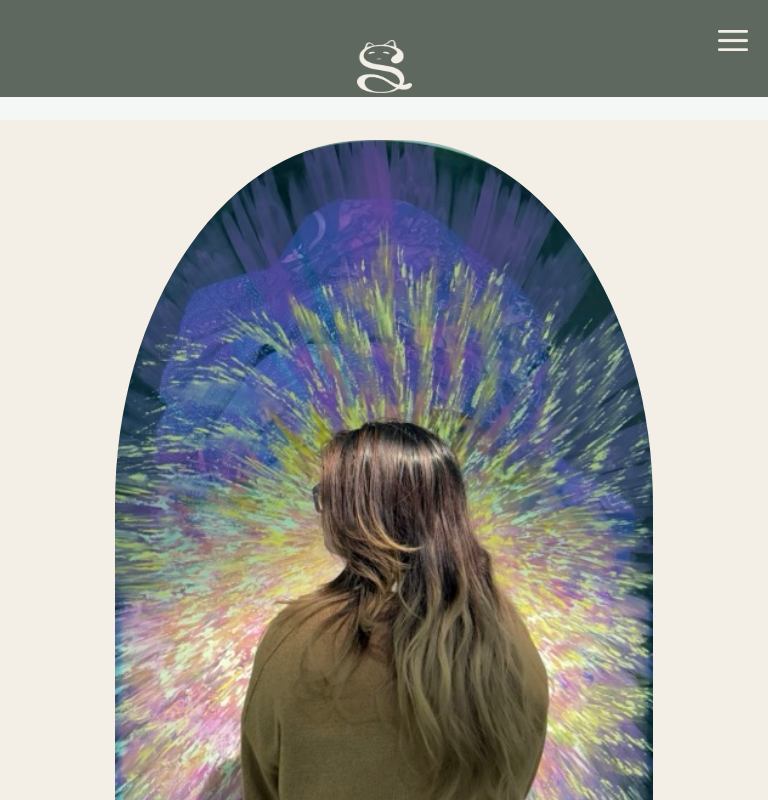
Repository: SandyLy453/portfolio
Page: /
The author's editor kept a copy of each file at every save. The page is drawn from the files as they stood at one save, then again after the next save.
The browser window is 768 px wide. The pictures show the whole page.
An inner scrolling area shows only its first screen. The project was rebuilt for these pictures with package versions that can differ from the ones it lists, and the page was loaded fresh each time. The framework's server and built-in components were replaced by stand-ins that run in the browser. Also part of the build but not shown: next.config.mjs, modules/Footer/Footer.module.css, modules/Footer/Footer.js, modules/ProjectCard/ProjectCard.module.css, modules/ProjectCard/Projectcard.js.

Above is the page before, as saved 2025-02-17 17:17:32.

### pages/_app.js
import { useEffect } from "react";
import { useRouter } from "next/router";
import { Playfair_Display, Sen } from 'next/font/google';
import '../styles/globals.css';

const playfairDisplay = Playfair_Display({
  weight: ['400', '900'],
  style: ['normal', 'italic'],
  subsets: ['latin'],
});

const sen = Sen({
  weight: ['400', '700', '800'],
  subsets: ['latin'],
});

export default function App({ Component, pageProps }) {

  const router = useRouter();

  useEffect(() => {
    const handleRouteChangeComplete = (url) => {
        if (url.startsWith("/projects")) {
            window.location.reload();
        } else if (url.startsWith("/project")) {
          window.location.reload();
        }
    };

    router.events.on("routeChangeComplete", handleRouteChangeComplete);

    return () => {
        router.events.off("routeChangeComplete", handleRouteChangeComplete);
    };
}, [router]);


  return (
    <main className={`${playfairDisplay.className} ${sen.className}`}>
      <Component {...pageProps} />
    </main>
  )
}

### pages/_document.js
import { Html, Head, Main, NextScript } from "next/document";


export default function Document() {
  return (
    <Html lang="en">
      <Head>
        <title>San San's Tea Room</title>
        <link rel="icon" href="/favicon.ico" />

        <link rel="preconnect" href="https://fonts.googleapis.com" />
        <link rel="preconnect" href="https://fonts.gstatic.com" crossorigin="anonymous" />
        <link
          href="https://fonts.googleapis.com/css2?family=Playfair+Display:wght@400;900&family=Sen:wght@400;700;800&display=swap"
          rel="stylesheet"
        />
      </Head>
      <body>
        <Main />
        <NextScript />
      </body>
    </Html>
  );
}

### pages/index.js
import Image from "next/image";
import Link from "next/link";
import styles from "@/styles/Home.module.css";
import { useState, useEffect } from "react";
import Header from "@/modules/Header/Header";
import Footer from "@/modules/Footer/Footer";
import ProjectCard from "@/modules/ProjectCard/Projectcard";
import ShowCase from "@/modules/ShowCase/ShowCase";

export default function Home() {

  const projects = [
    {
      photos: ["/aether-cover.png"],
      alt: "Aether cover",
      title: "Aether",
      description: "Case Study - A AI-powered form-filling app",
      date: "September 2024 - December 2024",
      link: "/projects/Aether",
    },
    {
      photos: ["/post1.png", "/post2.png", "/post3.png"],
      alt: "Poster slides show",
      title: "Poster design",
      description:
        "Product design - Series of posters based on the anime/ manga Detective Conan.",
      date: "December 2024",
      link: "/projects/Poster",
    },
    {
      photos: ["/can1.png", "/can2.png", "/can3.png"],
      alt: "Can design slide show",
      title: "DiLo Tea Can",
      description: "Product design - Tea Can",
      date: "November 2024",
      link: "/projects/CanDesign",
    },
    {
      photos: ["/mockup2.png"],
      alt: "Magazine cover",
      title: "Magazine",
      description: "Magazine design - An architectural magazine",
      date: "November 2024",
      link: "/projects/Magazine",
    },
    {
      photos: ["/clotho.png"],
      alt: "Clotho app",
      title: "Clotho",
      description: "Clotho - A closet organize app",
      date: "March 2024 - May 2024",
      link: "/projects/Clotho",
    },
    {
      photos: ["/cam.png"],
      alt: "Camera vector graphic",
      title: "Mechanical Object Vector Graphic",
      description: "Using vector to draw mechanical objects",
      date: "December 2023",
      link: "/projects/MechanicalObject",
    },
  ];

  const [visibleProjects, setVisibleProjects] = useState(6);

  const roles = ["UX/UI Designer", "Digital Designer", "Web Developer"];
  const [text, setText] = useState("");
  const [index, setIndex] = useState(0);
  const [charIndex, setCharIndex] = useState(0);
  const [deleting, setDeleting] = useState(false);

  useEffect(() => {
    const currentRole = roles[index];

    let timeout;

    if (deleting) {
      timeout = setTimeout(() => {
        setText(currentRole.substring(0, charIndex - 1));
        setCharIndex((prev) => prev - 1);
      }, 50);
    } else {
      timeout = setTimeout(() => {
        setText(currentRole.substring(0, charIndex + 1));
        setCharIndex((prev) => prev + 1);
      }, 100);
    }

    if (!deleting && charIndex === currentRole.length) {
      setTimeout(() => setDeleting(true), 1000);
    } else if (deleting && charIndex === 0) {
      setDeleting(false);
      setIndex((prevIndex) => (prevIndex + 1) % roles.length);
    }

    return () => clearTimeout(timeout);
  }, [charIndex, deleting, index, roles]);

  return (
    <>
      <Header/>

      <main className={styles.main}>
        <div className={styles.top}>
          <div className={styles.image}>
            <Image src={'/cover.jpeg'} alt="cover photo" className={styles.coverPhoto} width={300} height={420} />
          </div>

          <div className={styles.info}>
            <p className={styles.role}>Hello!</p>
            <p className={styles.role}>I am <span className={styles.name}>Sandy</span>, a</p>
            <p className={styles.role}>
              {text}
              <span className={styles.cursor}>|</span>
            </p>
            <Image src={'/hi.GIF'} alt="greeting gif" className={styles.gif} width={294} height={129} />
          </div>
        </div>

        <ShowCase/>

        <div className={styles.sectionBreaker}>
          <span> Let's connect! </span>
        </div>

        <div className={styles.connect}>
          <Link
            className={styles.link}
            href={"mailto:sandy.lyth453@gmail.com"}
            target="_blank"
          >
            <p className={styles.connectInfo}>Email</p>
          </Link>
          <Link
            className={styles.link}
            href={"https://www.instagram.com/sansan_lyth?igsh=MThxOTR1ZTlyY3R1dw%3D%3D&utm_source=qr"}
            target="_blank"
          >
            <p className={styles.connectInfo}>Instagram</p>
          </Link>
          <Link
            className={styles.link}
            href={"https://www.linkedin.com/in/boisan-sandy-ly/"}
            target="_blank"
          >
            <p className={styles.connectInfo}>LinkedIn</p>
          </Link>
          <Link
            className={styles.link}
            href={"/Sandy_Ly_Resume.pdf"}
            target="_blank"
          >
            <p className={styles.connectInfo}>Resume</p>
          </Link>
        </div>
      </main>

      <footer className={styles.footer}>
        <p className={styles.copyright}>© Made by Sandy Ly • 2025</p>
      </footer>
    </>
  );
}

### styles/globals.css
:root {
  --mauveMorn: #ecd6d6;
  --mauveShadow: #B59BA6;
  --moss: #5E7975;
  --brightWhite: #f5f7f6;
  --white: #fff;

  --spaBlue: #D3DEDF;
  --forest: #5E685E;
  --midnight: #3D4D55;
  --stormCloud: #676767;
  --cream: #f4EFE6;
  --cloud: #FEFCF6;
}

html,
body {
  padding: 0;
  margin: 0;
  background-color: #f5f7f6;
  width: 100vw;
  height: 100vh;
  overflow-x: hidden;
  scroll-behavior: auto;

  font-family: "Playfair Display", serif;
  font-optical-sizing: auto;
  color: var(--stormCloud);
  cursor: url('/hehe.webp') 16 16, auto;
}

header {
  margin: 0;
  padding: 0;
  box-sizing: border-box;
}

* {
  margin: 0;
  padding: 0;
  box-sizing: border-box; /* Reset styles for all elements */
}

h1, h2, h3, h4, h5, span {
  font-family: "Playfair Display", serif;
}

a, button {
  cursor: url('/haha.webp') 16 16, pointer;
}

### styles/Home.module.css
.page {
  margin: 0;
  padding: 0;
}

.main {
  min-height: 100vh;
  width: 70vw;
  margin: auto;
  margin-top: 0;
  margin-top: 120px;
}

.top {
  width: 100%;
  min-height: 480px;
  background-color: var(--cream);
  align-items: center;
  display: flex;
  flex-direction: row;
  padding: 0;
  flex-wrap: wrap;
  justify-content: center;
}

.coverPhoto {
  border-radius: 47% 47% 0 0;
  margin: 0 6rem;
  position: relative;
  bottom: -30px;
}

.info {
  text-align: center;
  margin-top: 100px;
  width: 30vw;
}

.name {
  font-size: 54px;
  color: #C69491;
  font-weight: 600;
  font-family: "Playfair Display", serif;
}

.role {
  font-size: 44px;
  color: #7D9094;
  font-weight: 500;
}

.loca {
  font-size: 20px;
  color: #7D9094;
  padding-top: 10px;
}

.gif {
  position: relative;
  bottom: -36px;
}


.sectionBreaker {
  display: flex;
  align-items: center;
  justify-content: center;
  margin: 40px 0;
  position: relative;
}

.sectionBreaker::before,
.sectionBreaker::after {
  content: "";
  flex: 1;
  height: 2px;
  background: #d3d3d3;
  margin: 0;
}

.sectionBreaker span {
  color: #7D9094;
  margin: 0 10px;
  font-size: 20px;
  font-style: italic;
}

.pjSection {
  display: flex;
  flex-direction: row;
  flex-wrap: wrap;
  justify-content:space-between;
  align-items: flex-start;
  margin: 0 auto;
  margin-bottom: 50px;
  gap: 1rem;
  max-width: 1350px;
}

.connect {
  margin-bottom: 200px;
}

.link {
  text-decoration: none;
  color: var(--mauveShadow);
  width: 100%;
  font-weight: 500;
}

.link:hover {
  color: var(--forest);
  font-weight: 900;
}

.connectInfo {
  font-size: 54px;
  margin: 20px 0;
  font-family: "Playfair Display", serif;
  position: relative;
  display: inline-block;
  padding: 10px 20px;
  text-decoration: none;
  width: 100%;
  overflow: hidden;
  transition: color 0.3s ease-in-out, font-weight 0.3s ease-in-out;
  font-weight: 500;
}

/* Background gradient effect */
.connectInfo::before {
  content: "";
  position: absolute;
  top: 0;
  left: -100%;
  width: 100%;
  height: 100%;
  background: linear-gradient(to right, rgba(0, 0, 0, 0.1), rgba(0, 0, 0, 0.3));
  transition: left 0.4s ease-in-out;
  z-index: -1; /* Ensure background does not cover text */
}

/* Make background visible when hovering */
.connectInfo:hover::before,
.connectInfo:active::before {
  left: 0;
}

/* Text color and weight on hover */
.connectInfo:hover {
  color: var(--forest); /* Hover text color */
  font-weight: 900;
}

/* Arrow effect */
.connectInfo::after {
  content: " →";
  opacity: 0;
  position: absolute;
  right: 10px;
  top: 50%;
  transform: translateY(-50%);
  transition: opacity 0.3s ease-in-out, transform 0.3s ease-in-out;
  color: var(--forest); /* Match hover color */
}

/* Show arrow and move slightly right when hovering */
.connectInfo:hover::after,
.connectInfo:active::after {
  opacity: 1;
  transform: translate(8px, -50%);
}


.footer {
  margin-bottom: 20px;
}

.copyright {
  text-align: center;
  font-style: italic;
  color: var(--forest);
  width: 100%;
}





@media screen and (max-width: 1460px) {
  .pjSection {
    gap: 20px;
  }

  .main {
    width: 80vw;
  }

  .coverPhoto {
    margin: 0 1rem;
    bottom: -32px;
  }

  .info {
    margin-top: 50px;
  }

  .gif {
    bottom: -6.4rem;
  }

  .name {
    font-size: 36px;
  }

  .role {
    font-size: 20px;
  }

  .loca {
    font-size: 18px;
  }

  .pjSection {
    gap: 15px;
    justify-content: center;
  }
}



@media screen and (max-width: 768px) {
  .main {
    width: 100vw;
  }

  .coverPhoto {
    margin: 0 auto;
    bottom: -20px;
    width: 70vw;
    height: auto;
  }

  .info {
    margin-top: 50px;
    width: 90vw;
  }

  .name {
    font-size: 36px;
  }

  .role {
    font-size: 20px;
  }

  .loca {
    font-size: 18px;
  }

  .pjSection {
    gap: 15px;
    justify-content: center;
  }

  .gif {
    position: relative;
    bottom: -4px;
    margin-top: 10px;
  }
}

### modules/Header/Header.js
import Image from "next/image";
import Link from "next/link";
import styles from './Header.module.css';
import { useState, useRef } from "react";

export default function Header() {
    const audioRef = useRef(null);
    const [menuOpen, setMenuOpen] = useState(false);

    const playSound = () => {
        if (audioRef.current) {
            audioRef.current.currentTime = 0;
            audioRef.current.play().catch(error => console.log("Audio playback error:", error));
        }
    };

    return (
        <header className={`${styles.header} ${menuOpen ? styles.headerExpanded : ""}`}>
            {/* Logo */}
            <div className={styles.logo}>
                <Link href={'/'}>
                    <Image
                        src={'/logo.png'}
                        alt="logo"
                        className={styles.logo}
                        width={55}
                        height={53}
                        onMouseEnter={playSound}
                    />
                </Link>
            </div>

            {/* Hamburger / Arrow Toggle */}
            <button className={styles.hamburger} onClick={() => setMenuOpen(!menuOpen)}>
                <Image
                    src={menuOpen ? "/menuOpen.png" : "/menuIcon.png"}
                    alt="Menu Toggle"
                    width={30}
                    height={21}
                />
            </button>

            {/* Menu Items (Expands inside header) */}
            <nav className={`${styles.menu} ${menuOpen ? styles.menuExpanded : ""}`}>
                <p className={styles.menuOption}><Link href={'/'} className={styles.link}>Home</Link></p>
                <p className={styles.menuOption}><Link href={'/project'} className={styles.link}>Projects</Link></p>
                <p className={styles.menuOption}><Link href={'/about'} className={styles.link}>About me</Link></p>
            </nav>

            <audio ref={audioRef} src="/cat.wav" preload="auto"></audio>
        </header>
    );
}

### modules/ShowCase/ShowCase.js
import Image from "next/image";
import { useState, useEffect, useRef } from "react";
import styles from './ShowCase.module.css';
import Link from "next/link";

export default function ShowCase() {
    const tags = ["Me", "UX/UI", "Graphic"];
    const images = {
        "Me": "/me.png",
        "UX/UI": "/uxui.png",
        "Graphic": "/3can.png",
    };
    const bigText = ["Sandy", "App Design", "Graphic Design"];
    const smallText = [
        "",
        "",
        ""
    ];
    const linkPath = ["/about", "/project", "/project"];
    const linkText = ["About Me →", "See More Project →", "See More Project →"];

    const [activeIndex, setActiveIndex] = useState(0);
    const [isFading, setIsFading] = useState(false);
    const [isPaused, setIsPaused] = useState(false);
    const intervalRef = useRef(null);

    const startLoop = () => {
        clearInterval(intervalRef.current);
        intervalRef.current = setInterval(() => {
            setIsFading(true);
            setTimeout(() => {
                setActiveIndex((prevIndex) => (prevIndex + 1) % tags.length);
                setIsFading(false);
            }, 500);
        }, 4000);
    };

    useEffect(() => {
        if (!isPaused) startLoop();
        return () => clearInterval(intervalRef.current);
    }, [isPaused]);

    const handlePause = (index) => {
        clearInterval(intervalRef.current);
        setIsPaused(true);
        setActiveIndex(index);
        setIsFading(false);
    };

    const handleResume = () => {
        setIsPaused(false);
    };

    return (
        <div className={styles.container}>
            <div className={styles.tagBox}>
                {tags.map((tag, index) => (
                    <div
                        key={tag}
                        className={`${styles.tag} ${activeIndex === index ? styles.active : ""}`}
                        onMouseEnter={() => handlePause(index)}
                        onMouseLeave={handleResume}
                        onTouchStart={() => handlePause(index)}
                        onTouchEnd={handleResume}
                    >
                        <p>{tag}</p>
                    </div>
                ))}
            </div>

            <div className={styles.right}>
                <div className={styles.photoBox}>
                    <Image
                        key={tags[activeIndex]}
                        src={images[tags[activeIndex]]}
                        alt={tags[activeIndex]}
                        width={600}
                        height={460}
                        className={`${styles.photo} ${isFading ? styles.fadeOut : styles.fadeIn}`}
                    />

                    <div className={styles.gradient}></div>
                    <div className={styles.text}>
                        <p className={styles.big}>{bigText[activeIndex]}</p>
                        <p className={styles.small}>{smallText[activeIndex]}</p>
                        <Link href={linkPath[activeIndex]} className={styles.littleLink}>
                            {linkText[activeIndex]}
                        </Link>
                    </div>
                </div>

                {/* <div className={styles.loadMoreContainer}>
                    <Link href="/project" passHref>
                        <button className={styles.loadMoreButton}>
                            More Projects
                        </button>
                    </Link>
                </div> */}
            </div>
        </div>
    );
}

### modules/Header/Header.module.css
.header {
    margin: 0 auto;
    width: 70vw;
    height: 120px;
    background-color: var(--forest);
    padding: 20px 50px;
    display: flex;
    flex-direction: row;
    justify-content: space-between;
    align-items: flex-end;
    position: fixed;
    right: 15vw;
    top: 0;
    z-index: 999;
    transition: height 0.3s ease-in-out;
}

.headerExpanded {
    height: 250px;
}

.menu {
    display: flex;
    flex-direction: row;
    gap: 50px;
    opacity: 1;
    transition: opacity 0.3s ease-in-out;
}

.menuExpanded {
    display: flex;
    flex-direction: column;
    align-items: flex-end;
    gap: 10px;
    width: 100%;
}


.menuOption {
    font-size: 20px;
    font-weight: 600;
}

.link {
    text-decoration: none;
    color: var(--cream);
    font-family: "Playfair Display", serif;
}

.link:hover {
    color: var(--midnight);
}

.hamburger {
    display: none;
    background: none;
    border: none;
    cursor: pointer;
}


@media screen and (max-width: 1460px) {
    .header {
        width: 80vw;
        right: 10vw;
    }
}

@media screen and (max-width: 768px) {
    .header {
        width: 100vw;
        right: 0;
        display: flex;
        flex-direction: column;
        align-items: center;
        justify-content: flex-start;
        height: auto;
    }

    .hamburger {
        display: block;
        position: absolute;
        right: 20px;
        top: 30px;
        z-index: 10;
    }

    .menu {
        display: none;
        flex-direction: column;
        align-items: center;
        width: 100%;
        opacity: 0;
        transform: scaleY(0);
        transition: transform 0.3s ease-in-out, opacity 0.3s ease-in-out;
    }

    .menuExpanded {
        display: flex;
        opacity: 1;
        transform: scaleY(1);
    }

    .logo {
        position: relative;
        top: 10px;
        left: 0px;
    }
}

### modules/ShowCase/ShowCase.module.css
.container {
    margin: auto;
    margin-top: 50px;
    display: flex;
    flex-direction: row;
    justify-content: center;
    align-items: center;
    gap: 30px;
}

.tagBox {
    display: flex;
    justify-content: center;
    align-items: center;
    flex-direction: column;
}

.tag, .active {
    width: 100px;
    height: 100px;
    background-color: var(--cream);
    border-radius: 50%;
    display: flex;
    justify-content: center;
    align-items: center;
    margin: 10px;
    cursor: url('/haha.webp') 16 16, pointer;
    transition: background-color 0.3s ease-in-out, transform 0.2s ease-in-out;
}

.tag:hover, .active {
    background-color: var(--forest);
    transform: scale(1.05);
}

.tag p, .active p {
    color: var(--mauveShadow);
    opacity: 80%;
}

.tag:hover p, .active p {
    color: var(--mauveMorn);
    opacity: 100%;
}

.photoBox {
    width: 50vw;
    max-width: 1000px;
    aspect-ratio: 20 / 11;
    position: relative;
    display: flex;
    align-items: center;
    justify-content: center;
    overflow: hidden;
}

.photo {
    width: 100%;
    height: 100%;
    border-radius: 20px;
    object-fit: cover;
    position: absolute;
    transition: opacity 0.5s ease-in-out;
}

.fadeIn {
    opacity: 1;
}

.fadeOut {
    opacity: 0;
}

.loadMoreContainer {
    margin-top: 20px;
    display: flex;
    flex-direction: column;
    justify-content: flex-end;
    align-items: flex-end;
  }

  .loadMoreButton {
    height: 40px;
    width: 150px;
    background-color: var(--cream);
    color: var(--forest);
    border: 1px solid var(--forest);
    font-size: 18px;
    align-items: center;
    border-radius: 10px;
    margin-bottom: 50px;
  }

  .loadMoreButton:hover {
    background-color: var(--forest);
    color: var(--cream);
  }

  .gradient {
    position: absolute;
    top: 0;
    left: 0;
    width: 100%;
    height: 100%;
    background: linear-gradient(360deg, rgba(2,0,36,1) 0%, rgba(255,255,255,0) 55%);
    z-index: 2;
    pointer-events: none;
    border-radius: 20px;
}

.text {
    position: absolute;
    bottom: 0;
    right: 0;
    width: 100%;
    padding: 20px;
    color: white;
    z-index: 3;
    width: 50vw;
    max-width: 1000px;
    text-align: right;
}

.littleLink {
    text-decoration: underline;
    color: white;
    font-style: italic;
    margin: 20px 0;
}

.big {
    font-family: "Playfair Display", serif;
    font-size: 18px;
    margin: 15px 0;
    font-weight: 700;
}

.small {
    font-size: 15px;
    margin: 15px 0;
}

After the next save:
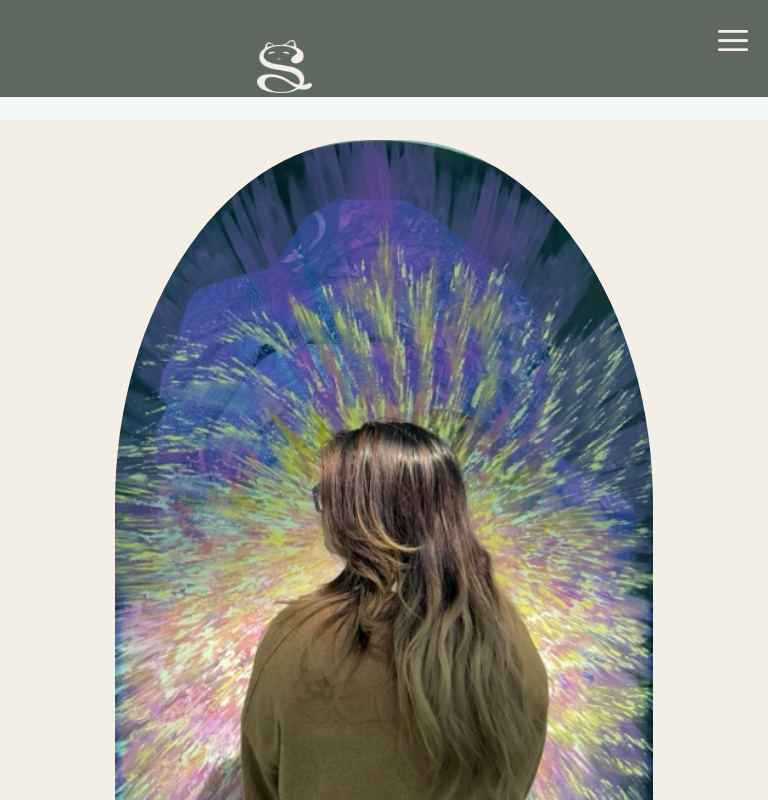
Saved 6 s later.
--- a/modules/Header/Header.module.css
+++ b/modules/Header/Header.module.css
@@ -104,6 +104,6 @@
     .logo {
         position: relative;
         top: 10px;
-        left: 0px;
+        left: -50px;
     }
 }
